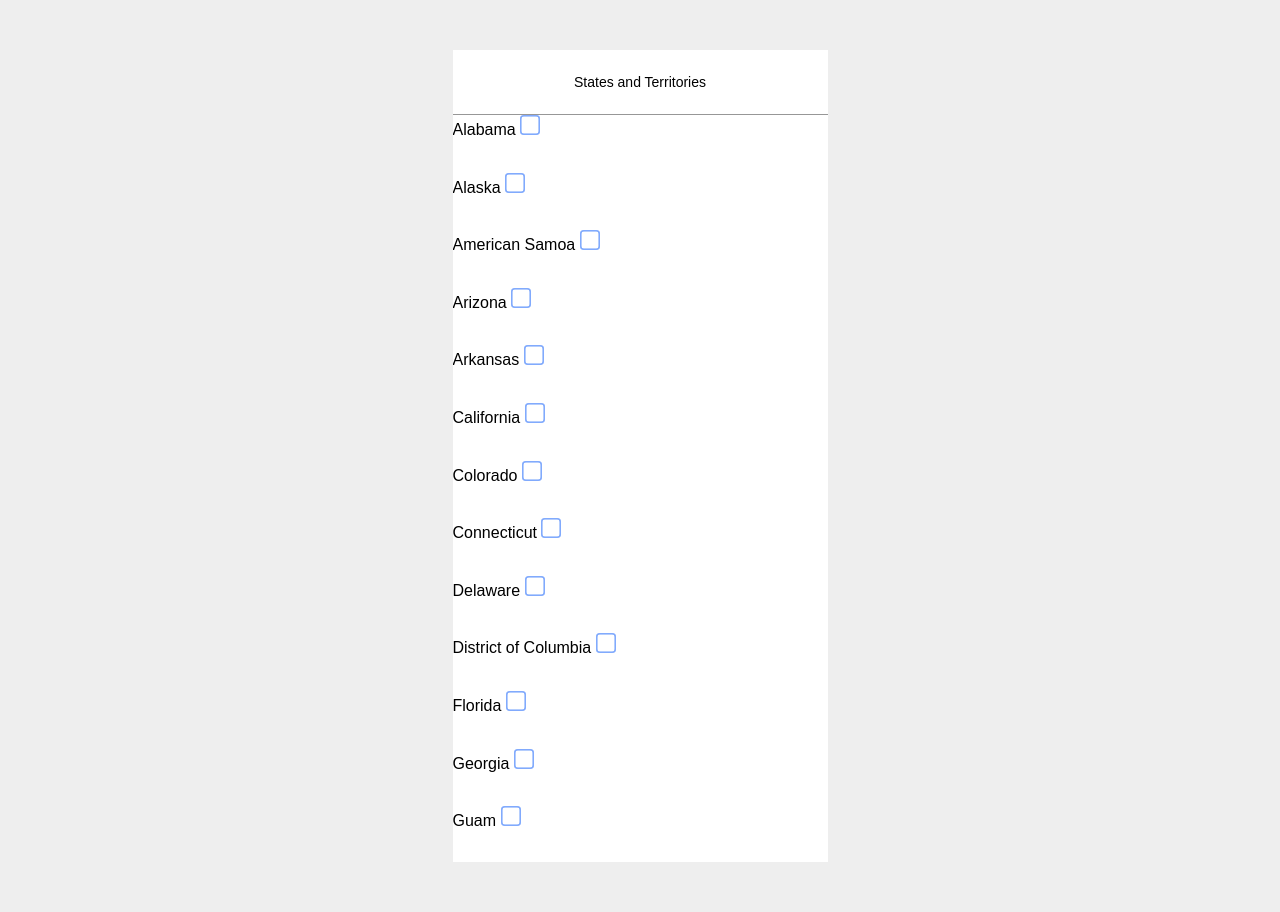
Repository: zitac234/codingTest
Page: /
An editor plug-in stored every save of this project. The page is shown before and after a run of saves, followed by the edit.
The browser window is 1280 px wide. The pictures show the whole page.
The project was rebuilt for these pictures with package versions that can differ from the ones it lists, and the page was loaded fresh each time.

Above is the page before, as saved 2021-03-31 15:06:18.

After the next 2 saves:
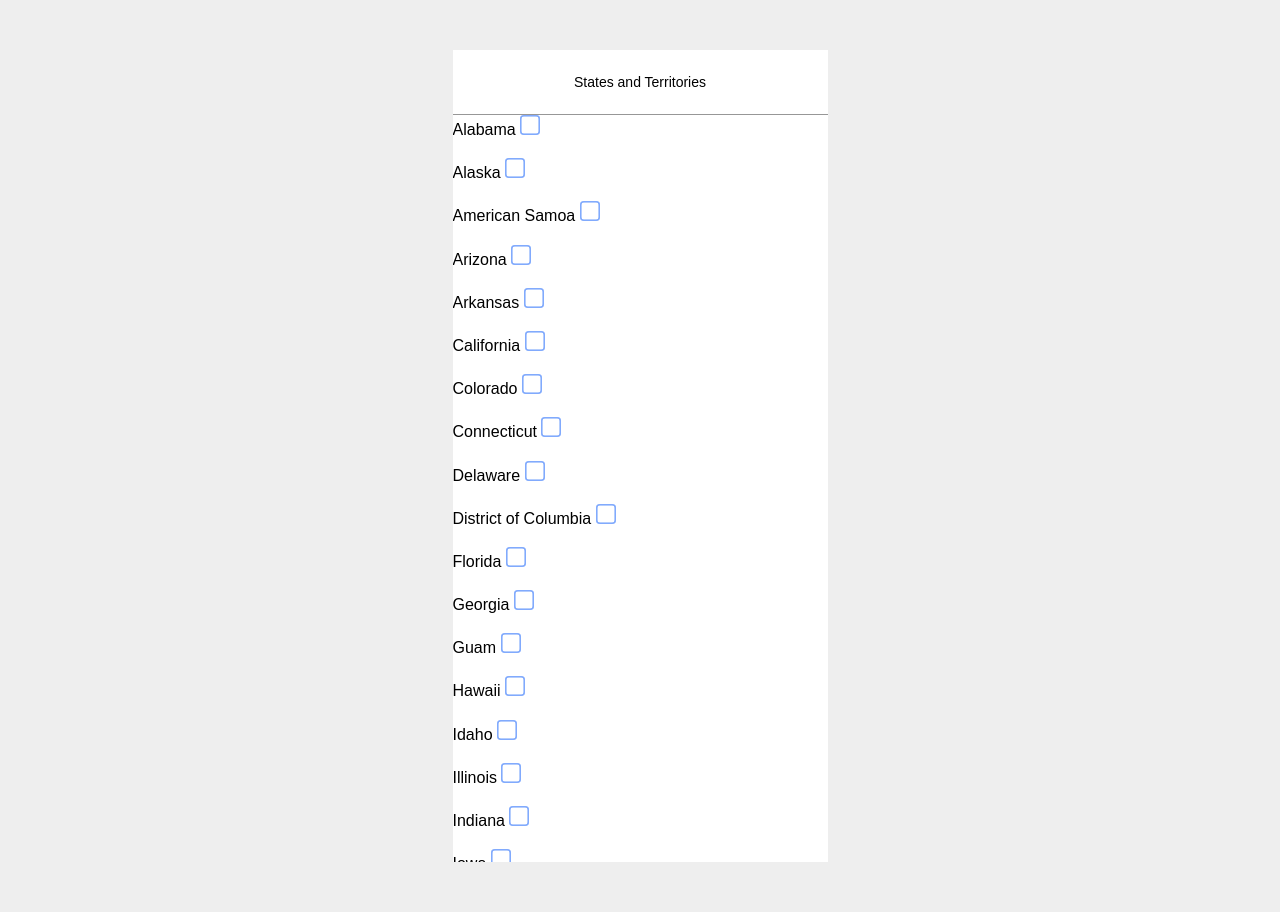
The 2 saves are shown as one change because they came seconds apart.
The last was saved 25 s later.
--- a/src/List.css
+++ b/src/List.css
@@ -3,5 +3,5 @@
   overflow: auto;
 }
 .state{
-  height: 8vh;
+  height: 6vh;
 }
